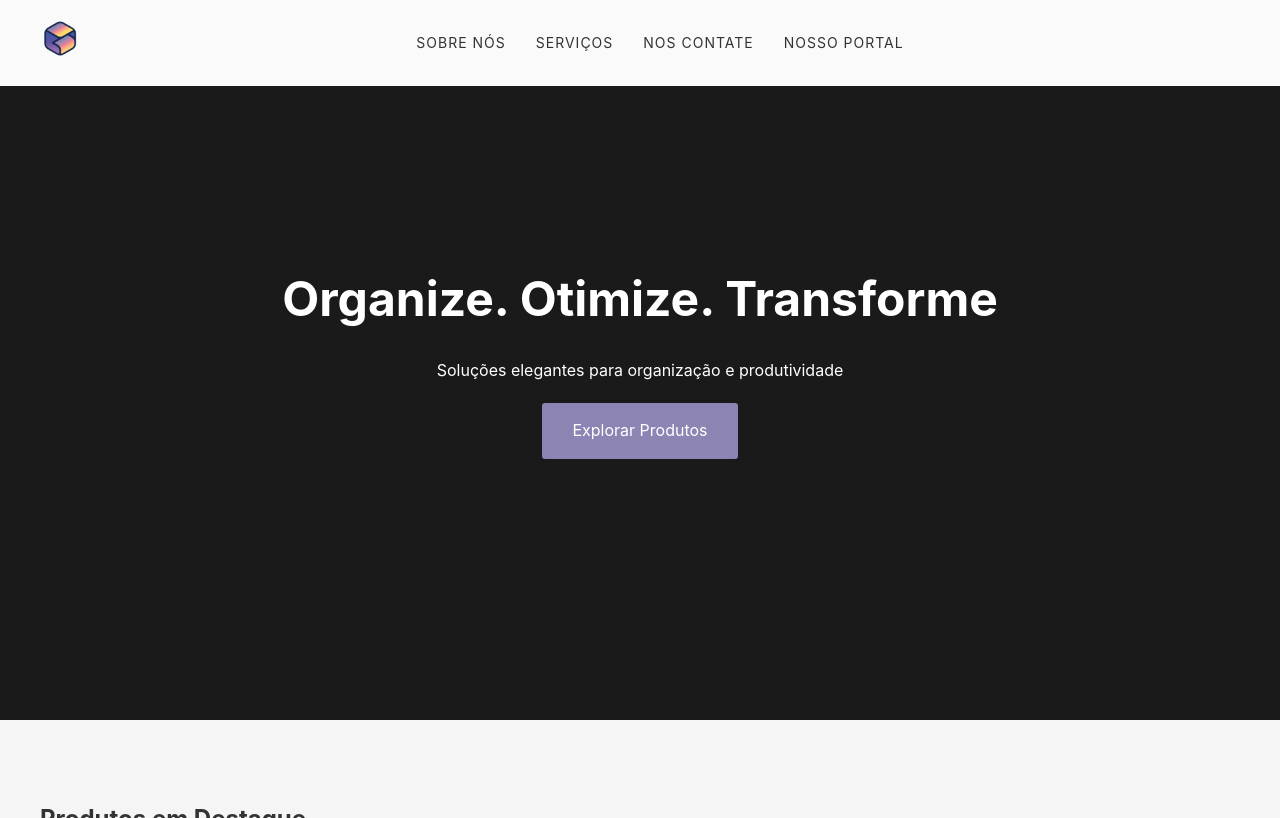
Repository: Gabrielb0rn/0EasyDesk.io
Page: index.html
These files come from the project's save history. The page is drawn as it stood at one moment and after the next save; the edit follows.
The browser window is 1280 px wide. The pictures show the part of the page from y = 0 to 818 px (the page is 1927 px tall).
A picture or video elsewhere on the page could not be fetched, so the positions and the page height are approximate.

Above is the page before, as saved 2024-10-31 15:07:41.

After the next save:
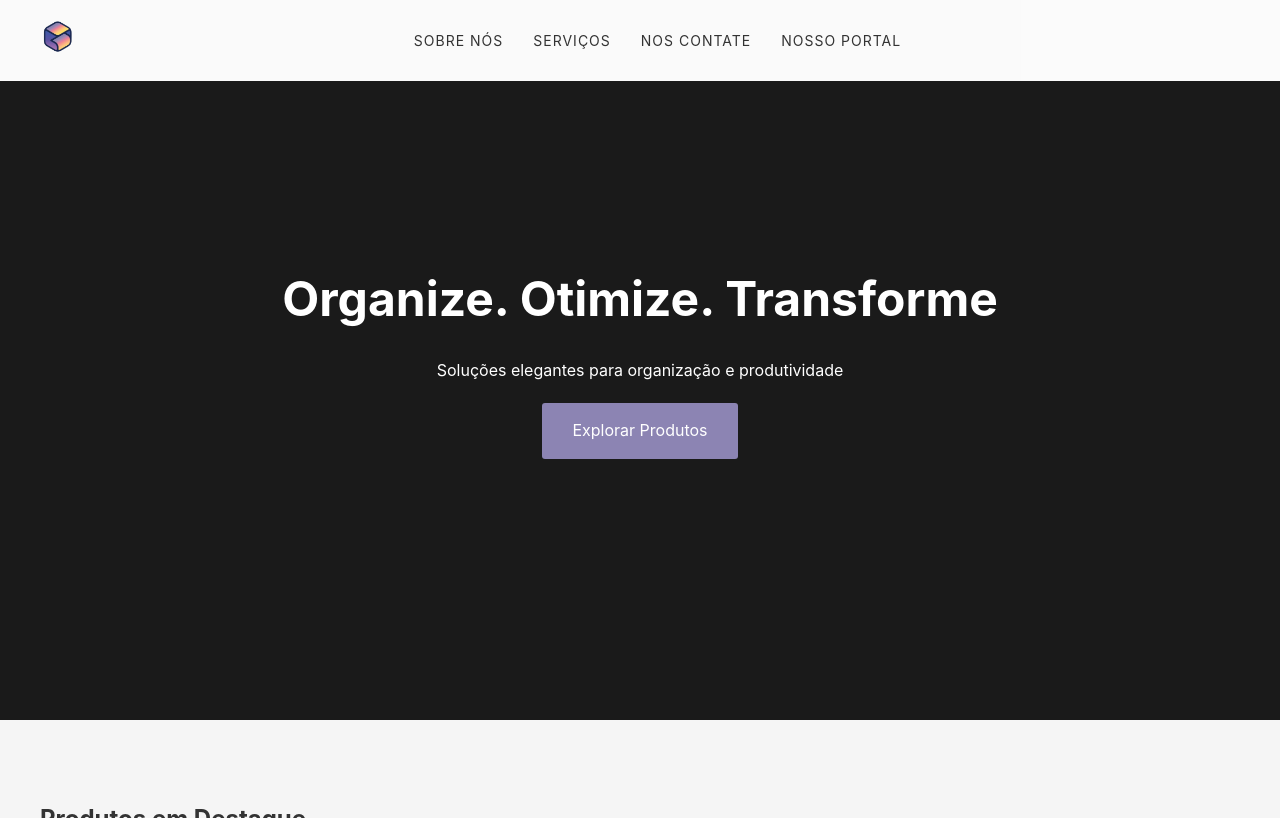
Saved 6 s later.
--- a/index.html
+++ b/index.html
@@ -11,7 +11,7 @@
     <header class="main-header">
         <nav class="nav-container">
             <div class="logo">
-                <a href="/index.html"><img src="css\icons\favicon\favicon.ico" alt="EasyDesk" width="40" height="auto"></a>
+                <a href="/index.html"><img src="css\icons\favicon\favicon.ico" alt="EasyDesk" width="35" height="auto"></a>
             </div>
             <ul class="nav-menu">
                 <li><a href="/about.html">Sobre nós</a></li>
